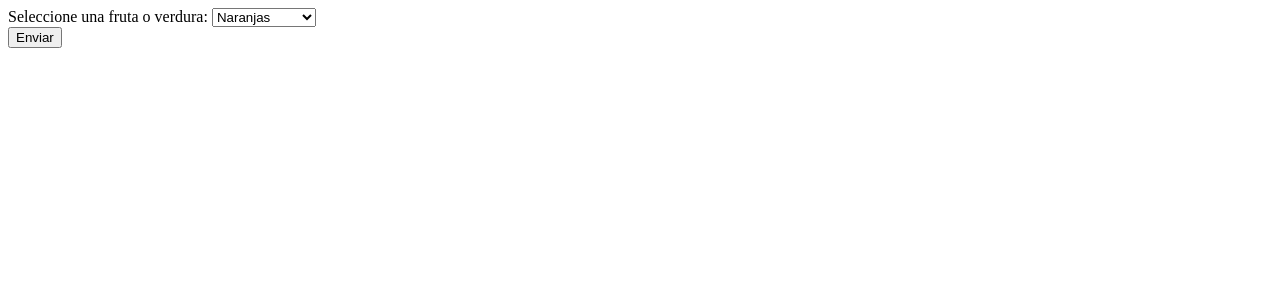
Repository: ScoggoDev/DesarrolloWeb
Page: tarea en equipo 1/tep1.html
These files come from the project's save history. The page is drawn as it stood at one moment and after the next save; the edit follows.
The browser window is 1280 px wide. The pictures show the whole page.

Above is the page before, as saved 2021-07-07 18:45:40.

After the next save:
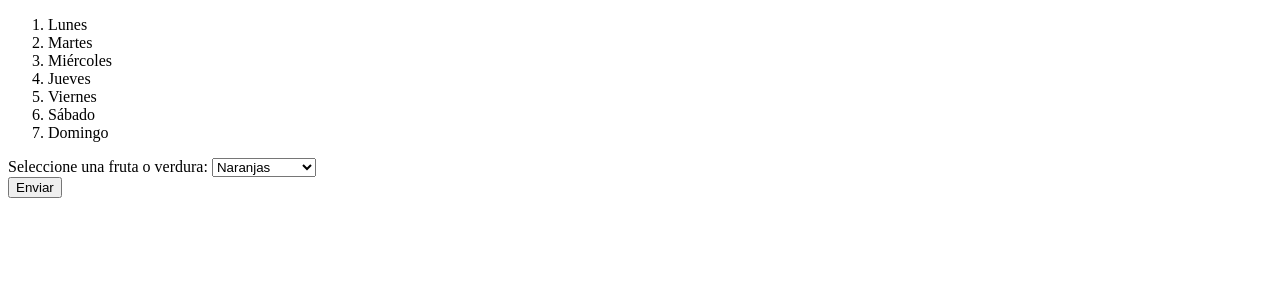
Saved 17 s later.
--- a/tarea en equipo 1/tep1.html
+++ b/tarea en equipo 1/tep1.html
@@ -9,6 +9,16 @@
     </head>
 
     <body>
+        <ol>
+            <li>Lunes</li>
+            <li>Martes</li>
+            <li>Miércoles</li>
+            <li>Jueves</li>
+            <li>Viernes</li>
+            <li>Sábado</li>
+            <li>Domingo</li>
+        </ol>
+
         <label for="food">Seleccione una fruta o verdura:</label>
         <select name="food" id="food">
             <optgroup label="Frutas">
